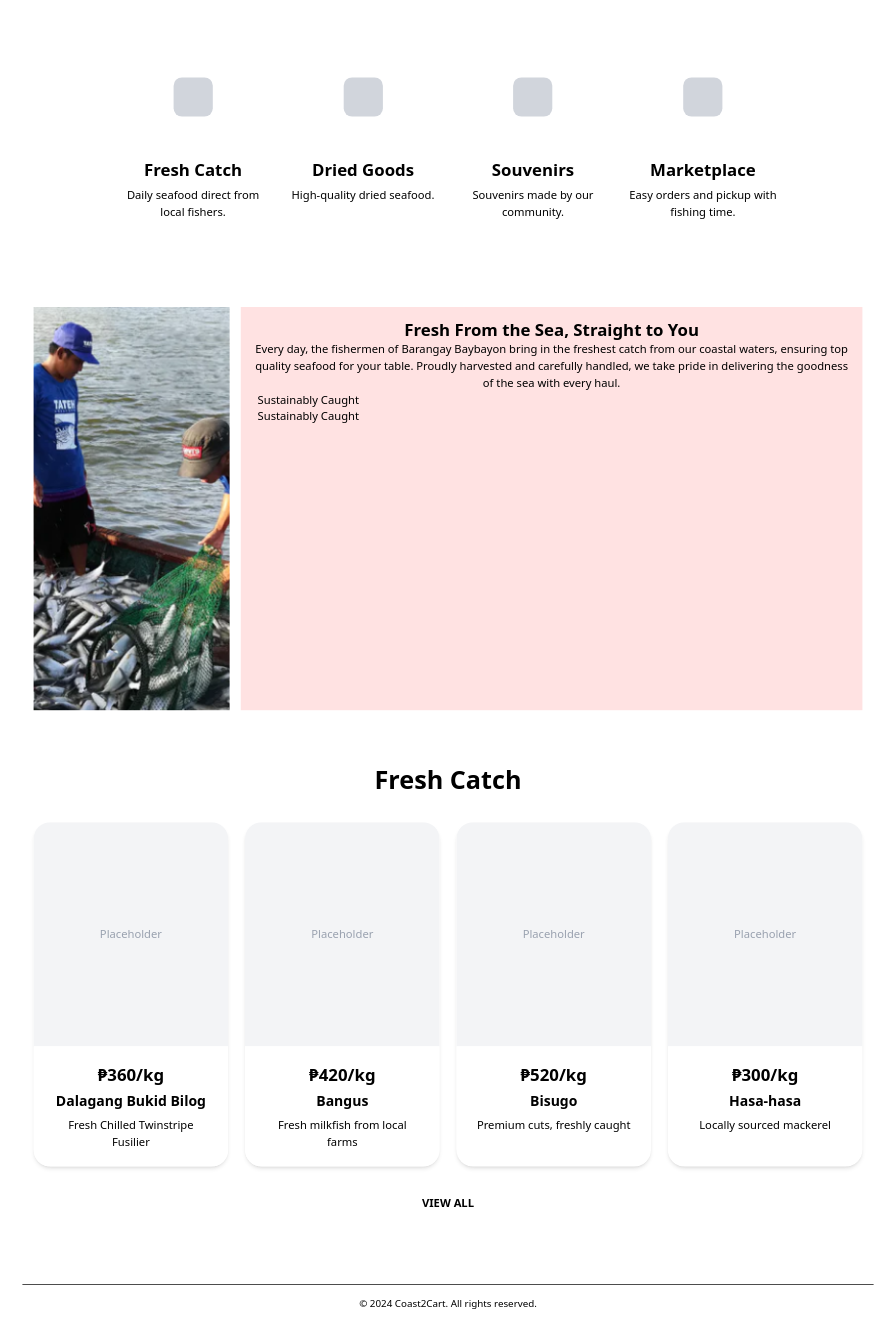
Repository: Coast2Card/coast2cart-frontend
Page: /
These files come from the project's save history. The page is drawn as it stood at one moment and after a run of saves; the edit follows.
The browser window is 1280 px wide. The pictures show the part of the page from y = 1161 to 3081 px (the page is 3081 px tall before and 2865 px after), at 70% of full size.
The project was rebuilt for these pictures with package versions that can differ from the ones it lists, and the page was loaded fresh each time. Also part of the build but not shown: vite.config.js, src/pages/Seafood.jsx, src/pages/Souvenirs.jsx, src/pages/About.jsx, src/pages/Cart.jsx, src/pages/Profile.jsx, src/pages/Colors.jsx.

Above is the page before, as saved 2025-09-07 15:37:37.

### index.html
<!DOCTYPE html>
<html lang="en" data-theme="coast2cart">
  <head>
    <meta charset="UTF-8" />
    <!-- <link rel="icon" type="image/svg+xml" href="/vite.svg" /> -->
    <meta name="viewport" content="width=device-width, initial-scale=1.0" />
    <title>Coast2Cart</title>
  </head>
  <body>
    <div id="root"></div>
    <script type="module" src="/src/main.jsx"></script>
  </body>
</html>

### src/App.jsx
import { Routes, Route } from "react-router-dom";
import Layout from "./components/Layout";
import Home from "./pages/Home";
import Seafood from "./pages/Seafood";
import Souvenirs from "./pages/Souvenirs";
import About from "./pages/About";
import Cart from "./pages/Cart";
import Profile from "./pages/Profile";
import Colors from "./pages/Colors";
import "./App.css";

function App() {
  return (
    <Routes>
      {/* Routes with shared layout */}
      <Route path="/" element={<Layout />}>
        <Route index element={<Home />} />
        <Route path="seafood" element={<Seafood />} />
        <Route path="souvenirs" element={<Souvenirs />} />
        <Route path="about" element={<About />} />
        <Route path="cart" element={<Cart />} />
        <Route path="profile" element={<Profile />} />
        <Route path="colors" element={<Colors />} />
      </Route>
    </Routes>
  );
}

export default App;

### src/components/Layout.jsx
import { Outlet } from "react-router-dom";
import Navbar from "./Navbar";

const Layout = () => {
  return (
    <div className="min-h-screen bg-base-200">
      {/* Navigation Header */}
      <Navbar />

      {/* Main Content */}
      <main className=" mx-auto  ">
        <Outlet />
      </main>

      {/* Footer */}
      <footer className="bg-base-100 border-t border-base-300 mt-auto">
        <div className="max-w-7xl mx-auto py-4 px-4 sm:px-6 lg:px-8">
          <p className="text-center text-base-content/70 text-sm">
            © 2024 Coast2Cart. All rights reserved.
          </p>
        </div>
      </footer>
    </div>
  );
};

export default Layout;

### src/pages/Home.jsx
import homeBanner from "../assets/images/home_banner.jpg";
import baybayonLogo from "../assets/logos/c2c_white_transparent.png";
import fish1 from "../assets/images/home_fish1.png";
import fish2 from "../assets/images/home_fish2.png";
import fish3 from "../assets/images/home_fish3.png";
import fish4 from "../assets/images/home_fish4.png";
import fish5 from "../assets/images/home_fish5.png";
import HomeFeatures from "../components/home/HomeFeatures";
import HomeFreshCatch from "../components/home/HomeFreshCatch";
import HomeGallery from "../components/home/HomeGallery";
const Home = () => {
  return (
    <main className="relative overflow-x-hidden">
      {/* Home Banner */}
      <section className="w-full h-[70vh] md:h-185 relative">
        <img
          src={homeBanner}
          alt="Home Banner"
          className="w-full h-full object-cover relative z-4"
          onError={(e) => {
            console.log("Image failed to load:", homeBanner);
            e.target.style.display = "none";
          }}
          onLoad={() => console.log("Image loaded successfully:", homeBanner)}
        />

        <div className="absolute inset-0 bg-black opacity-60 z-10"></div>

        <div className="absolute inset-0 z-20 flex items-start py-20 justify-center">
          <div className="text-center text-white">
            <h1 className="text-xl sm:text-2xl lg:text-3xl font-extrabold font-display mb-[-30px] sm:mb-[-30px] md:mb-[-35px] lg:mb-[-47px]">
              Sea the best of Baybayon, from
            </h1>
            <img
              className="w-6/8 sm:w-5/8 md:4/8 lg:3/8 max-w-270 h-auto mx-auto "
              src={baybayonLogo}
            />
            <button className="mt-[-10px] bg-secondary text-primary uppercase px-6 py-2 rounded-full text-md sm:text-lg font-semibold hover:bg-secondary/90 transition-colors">
              Shop Now
            </button>
          </div>
        </div>
      </section>
      <section className=" relative overflow-hidden w-[140vw] flex items-center justify-center gap-6 mb-25   z-30 -mt-61 sm:-mt-60 left-1/2 -translate-x-1/2">
        <img
          src={fish1}
          alt="Fish 1"
          className="min-w-60 sm:w-65 h-90 object-cover rounded-2xl"
        />
        <img
          src={fish2}
          alt="Fish 2"
          className="min-w-65 h-85 sm:w-80 sm:h-110 object-cover rounded-2xl"
        />
        <img
          src={fish3}
          alt="Fish 3"
          className="min-w-75 h-115 sm:w-95 sm:h-125 object-cover rounded-2xl"
        />
        <img
          src={fish4}
          alt="Fish 4"
          className="min-w-65 h-90 sm:w-80 sm:h-110 object-cover rounded-2xl"
        />
        <img
          src={fish5}
          alt="Fish 5"
          className="min-w-60 sm:w-65 h-90 object-cover rounded-2xl"
        />
      </section>
      <section className="max-w-8xl mx-auto p-4 flex flex-col">
        <HomeFeatures className="mb-25" />
        <HomeGallery />
        <HomeFreshCatch />
      </section>
    </main>
  );
};

export default Home;

### src/components/Navbar.jsx
import { Link, useLocation } from "react-router-dom";
import { useState } from "react";
import { navLinks } from "../data/navigation";
import c2cLogo from "../assets/logos/c2c_transparent.png";
import searchIcon from "../assets/icons/search.png";
import cartIcon from "../assets/icons/cart.png";
import profileIcon from "../assets/icons/profile.png";
import commentIcon from "../assets/icons/comment.png";
const Navbar = () => {
  const location = useLocation();
  const [isMobileMenuOpen, setIsMobileMenuOpen] = useState(false);

  const isActive = (path) => {
    return location.pathname === path;
  };

  const toggleMobileMenu = () => {
    setIsMobileMenuOpen(!isMobileMenuOpen);
  };

  const closeMobileMenu = () => {
    setIsMobileMenuOpen(false);
  };

  return (
    <nav className="bg-base-300 shadow-lg py-2 sticky top-0 z-50">
      <div className="mx-auto px-6 sm:px-6 lg:px-8">
        <div className="flex justify-between h-16">
          <div className="flex items-center">
            <Link to="/" className="flex-shrink-0">
              <img src={c2cLogo} alt="Coast2Cart" className="h-17" />
            </Link>
          </div>

          {/* Desktop Navigation */}
          <div className="hidden md:flex items-center space-x-8">
            {navLinks.map((link) => (
              <Link
                key={link.path}
                to={link.path}
                className={`px-3 py-2 rounded-md text-md font-bold transition-colors ${
                  isActive(link.path)
                    ? " text-accent after:content-[''] after:block after:w-full after:h-0.5 after:bg-accent after:rounded-full"
                    : "text-black hover:text-primary hover:bg-base-200"
                }`}
              >
                {link.label}
              </Link>
            ))}
          </div>

          {/* Desktop Icons - Hidden on mobile */}
          <div className="hidden md:flex items-center gap-4 lg:gap-6">
            <img
              src={searchIcon}
              alt="Search"
              className="h-5 w-5 lg:h-5.5 lg:w-5.5 hover:cursor-pointer hover:opacity-60 transition-opacity duration-300"
            />
            <img
              src={commentIcon}
              alt="Comment"
              className="h-5 w-5 lg:h-5.5 lg:w-5.5 hover:cursor-pointer hover:opacity-60 transition-opacity duration-300"
            />
            <img
              src={cartIcon}
              alt="Cart"
              className="h-5 w-5 lg:h-5.5 lg:w-5.5 hover:cursor-pointer hover:opacity-60 transition-opacity duration-300"
            />
            <img
              src={profileIcon}
              alt="Profile"
              className="h-5 w-5 lg:h-5.5 lg:w-5.5 hover:cursor-pointer hover:opacity-60 transition-opacity duration-300"
            />
          </div>

          {/* Mobile menu button */}
          <div className="md:hidden flex items-center">
            <button
              onClick={toggleMobileMenu}
              className="inline-flex items-center justify-center p-2 rounded-md text-base-content hover:text-primary hover:bg-base-200 focus:outline-none focus:ring-2 focus:ring-inset focus:ring-primary"
              aria-expanded="false"
            >
              <span className="sr-only">Open main menu</span>
              {!isMobileMenuOpen ? (
                <svg
                  className="block h-6 w-6"
                  xmlns="http://www.w3.org/2000/svg"
                  fill="none"
                  viewBox="0 0 24 24"
                  stroke="currentColor"
                  aria-hidden="true"
                >
                  <path
                    strokeLinecap="round"
                    strokeLinejoin="round"
                    strokeWidth="2"
                    d="M4 6h16M4 12h16M4 18h16"
                  />
                </svg>
              ) : (
                <svg
                  className="block h-6 w-6"
                  xmlns="http://www.w3.org/2000/svg"
                  fill="none"
                  viewBox="0 0 24 24"
                  stroke="currentColor"
                  aria-hidden="true"
                >
                  <path
                    strokeLinecap="round"
                    strokeLinejoin="round"
                    strokeWidth="2"
                    d="M6 18L18 6M6 6l12 12"
                  />
                </svg>
              )}
            </button>
          </div>
        </div>
      </div>

      {/* Mobile Navigation Menu */}
      <div className={`md:hidden ${isMobileMenuOpen ? "block" : "hidden"}`}>
        <div className="px-2 pt-2 pb-3 space-y-1 sm:px-3 bg-base-100 border-t border-base-300">
          {navLinks.map((link) => (
            <Link
              key={link.path}
              to={link.path}
              onClick={closeMobileMenu}
              className={`block px-3 py-2 rounded-md text-base font-medium transition-colors ${
                isActive(link.path)
                  ? "bg-primary text-primary-content"
                  : "text-base-content hover:text-primary hover:bg-base-200"
              }`}
            >
              {link.label}
            </Link>
          ))}

          {/* Mobile Icons */}
          <div className="flex items-center justify-center gap-6 pt-4 border-t border-base-300 mt-4">
            <img
              src={searchIcon}
              alt="Search"
              className="h-6 w-6 hover:cursor-pointer hover:opacity-60 transition-opacity duration-300"
            />
            <img
              src={commentIcon}
              alt="Comment"
              className="h-6 w-6 hover:cursor-pointer hover:opacity-60 transition-opacity duration-300"
            />
            <img
              src={cartIcon}
              alt="Cart"
              className="h-6 w-6 hover:cursor-pointer hover:opacity-60 transition-opacity duration-300"
            />
            <img
              src={profileIcon}
              alt="Profile"
              className="h-6 w-6 hover:cursor-pointer hover:opacity-60 transition-opacity duration-300"
            />
          </div>
        </div>
      </div>
    </nav>
  );
};

export default Navbar;

### src/components/home/HomeFeatures.jsx
import cartIcon from "../../assets/icons/cart.png";
import commentIcon from "../../assets/icons/comment.png";
import profileIcon from "../../assets/icons/profile.png";
import searchIcon from "../../assets/icons/search.png";

const features = [
  {
    icon: cartIcon,
    title: "Fresh Catch",
    description: "Daily seafood direct from local fishers.",
  },
  {
    icon: searchIcon,
    title: "Dried Goods",
    description: "High-quality dried seafood.",
  },
  {
    icon: commentIcon,
    title: "Souvenirs",
    description: "Souvenirs made by our community.",
  },
  {
    icon: profileIcon,
    title: "Marketplace",
    description: "Easy orders and pickup with fishing time.",
  },
];

const HomeFeatures = ({ className = "" }) => {
  return (
    <article className={` mx-auto w-full ${className}`}>
      <section className="grid grid-cols-1 sm:grid-cols-2 space-y-6 lg:grid-cols-4 gap-6 sm:w-[95%] lg:w-[90%] xl:w-[80%] mx-auto">
        {features.map((item, index) => (
          <div
            key={index}
            className="flex flex-col items-center justify-start gap-2"
          >
            <div className="bg-accent mb-2 p-11 sm:p-11 flex justify-center items-center rounded-full">
              <div className="bg-gray-300 rounded-xl p-1 h-14 w-14"></div>
            </div>
            <h3 className="text-2xl font-bold text-primary">{item.title}</h3>
            <h3 className="text-md text-center">{item.description}</h3>
          </div>
        ))}
      </section>
    </article>
  );
};

export default HomeFeatures;

### src/components/home/HomeFreshCatch.jsx
const freshCatchItems = [
  {
    id: 1,
    price: "₱360/kg",
    name: "Dalagang Bukid Bilog",
    description: "Fresh Chilled Twinstripe Fusilier",
    image: null,
  },
  {
    id: 2,
    price: "₱420/kg",
    name: "Bangus",
    description: "Fresh milkfish from local farms",
    image: null,
  },
  {
    id: 3,
    price: "₱520/kg",
    name: "Bisugo",
    description: "Premium cuts, freshly caught",
    image: null,
  },
  {
    id: 4,
    price: "₱300/kg",
    name: "Hasa-hasa",
    description: "Locally sourced mackerel",
    image: null,
  },
];

const HomeFreshCatch = ({ className = "" }) => {
  return (
    <div className={`flex flex-col text-center ${className}`}>
      <h1 className="text-4xl font-bold text-accent mb-10">Fresh Catch</h1>
      <section className="grid grid-cols-1 sm:grid-cols-2 xl:grid-cols-4  gap-6 mb-8">
        {freshCatchItems.map((item) => (
          <div
            key={item.id}
            className="flex flex-col shadow-md overflow-hidden rounded-3xl"
          >
            <div className="bg-gray-100 h-80 flex items-center justify-center text-gray-400">
              Placeholder
            </div>
            <div className="bg-white p-6  flex flex-col gap-2 text-center items-center justify-center">
              <h3 className="text-success text-2xl font-bold">{item.price}</h3>
              <h3 className="text-black font-bold text-xl">{item.name}</h3>
              <p className="text-md">{item.description}</p>
            </div>
          </div>
        ))}
      </section>
      <div className="mb-20">
        <button className="bg-secondary text-primary uppercase px-6 py-2 rounded-full text-md font-semibold hover:bg-secondary/90 transition-colors">
          View All
        </button>
      </div>
    </div>
  );
};

export default HomeFreshCatch;

### src/components/home/HomeGallery.jsx
import React from "react";
import homeGallery1 from "../../assets/images/home_gallery1.png";
const HomeGallery = () => {
  return (
    <div className="w-full flex gap-4 mb-20 ">
      <div className="flex-1 min-w-70 w-full h-[80vh] ">
        <img src={homeGallery1} className="w-full h-full object-cover  " />
      </div>
      <div className=" bg-red-100 flex-col min-w-20  p-4 gap-4 justify-center">
        <h2 className="font-bold text-2xl text-primary">
          Fresh From the Sea, Straight to You
        </h2>
        <p className="text-md">
          Every day, the fishermen of Barangay Baybayon bring in the freshest
          catch from our coastal waters, ensuring top quality seafood for your
          table. Proudly harvested and carefully handled, we take pride in
          delivering the goodness of the sea with every haul.
        </p>
        <div className="flex gap-2">
          <img />
          <div className="flex flex-col">
            <h3>Sustainably Caught</h3>
            <h3>Sustainably Caught</h3>
          </div>
        </div>
      </div>
    </div>
  );
};

export default HomeGallery;

### src/data/navigation.js
// Navigation links data
export const navLinks = [
  { path: "/", label: "Home" },
  { path: "/seafood", label: "Seafood" },
  { path: "/souvenirs", label: "Souvenirs" },
  { path: "/about", label: "About" },
  // { path: "/cart", label: "Cart" },
  // { path: "/profile", label: "Profile" },
  // { path: "/colors", label: "Colors" },
];

Loaded but not shown: src/main.jsx (common file); src/index.css (common file); src/App.css (common file)

After the next 3 saves:
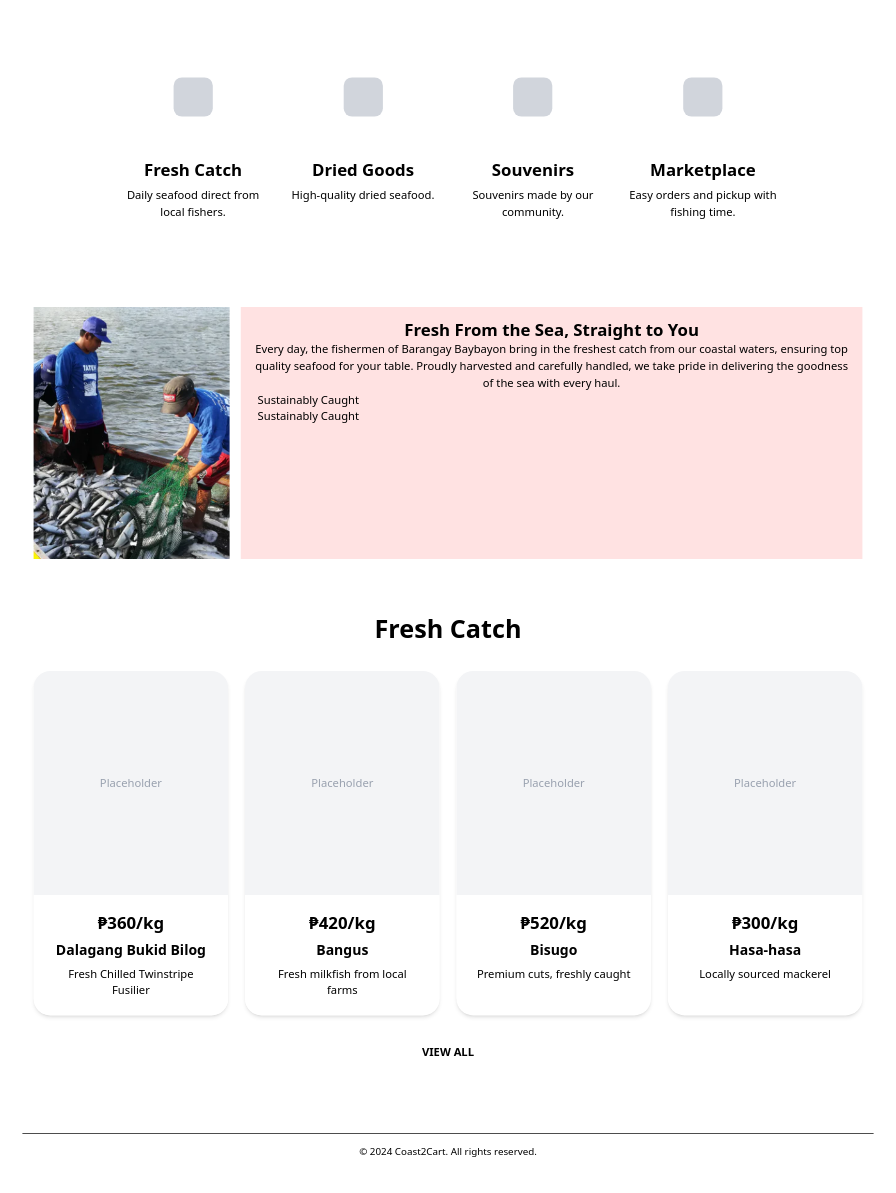
The 3 saves are shown as one change because they came seconds apart.
The last was saved 16 s later.
--- a/src/components/home/HomeGallery.jsx
+++ b/src/components/home/HomeGallery.jsx
@@ -3,7 +3,7 @@ import homeGallery1 from "../../assets/images/home_gallery1.png";
 const HomeGallery = () => {
   return (
     <div className="w-full flex gap-4 mb-20 ">
-      <div className="flex-1 min-w-70 w-full h-[80vh] ">
+      <div className="flex-1 min-w-70 w-full h-[50vh] ">
         <img src={homeGallery1} className="w-full h-full object-cover  " />
       </div>
       <div className=" bg-red-100 flex-col min-w-20  p-4 gap-4 justify-center">
